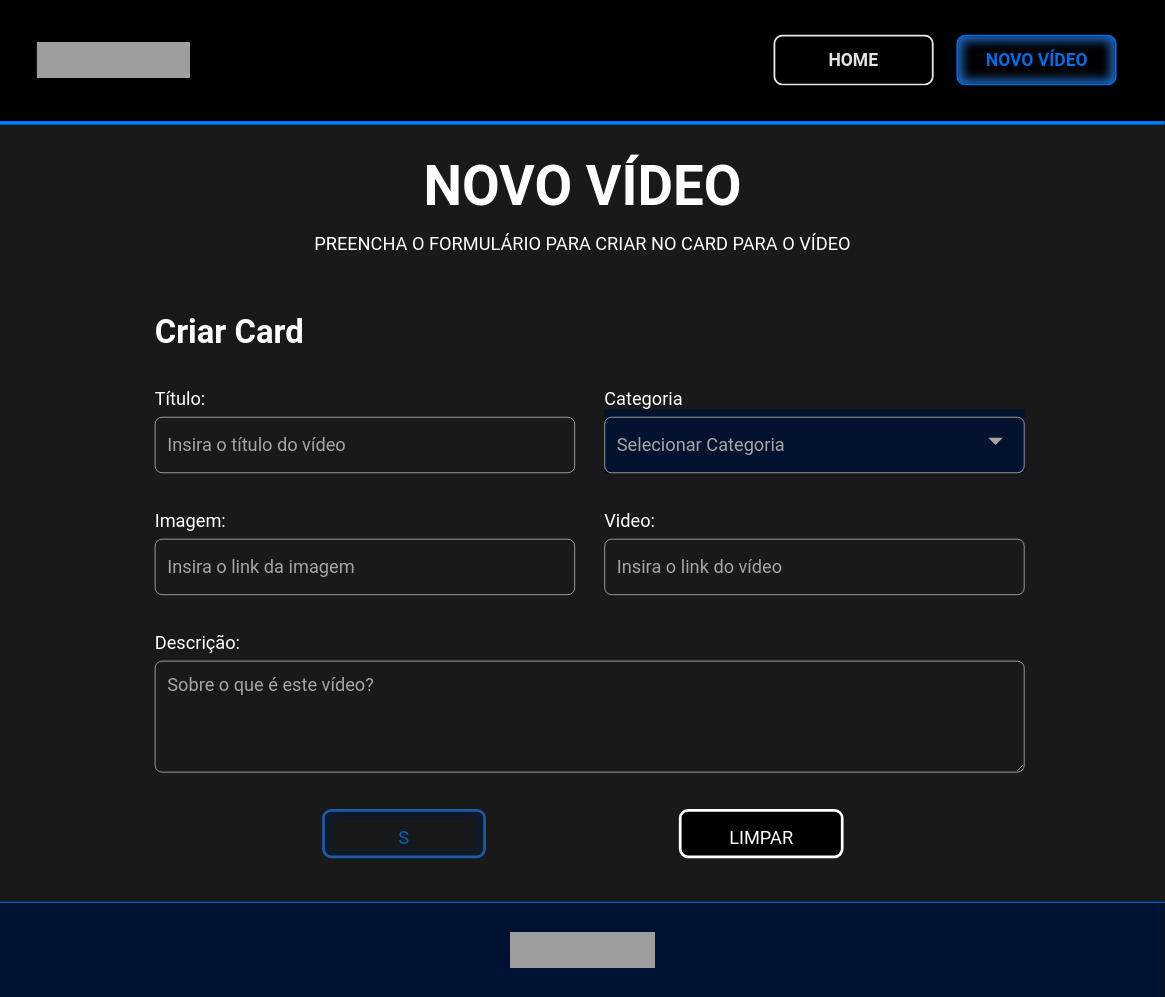
Repository: guilhermecardoso93/aluraflix
Page: /new-video
These files come from the project's save history. The page is drawn as it stood at one moment and after the next save; the edit follows.
The browser window is 1280 px wide. The pictures show the whole page, at 91% of full size.
Pictures or frames that could not be fetched are drawn as grey boxes. The page's requests for data from a server got no answer. The project was rebuilt for these pictures with package versions that can differ from the ones it lists, and the page was loaded fresh each time. No one was signed in, and anything a server would have sent is missing. Also part of the build but not shown: vite.config.js, src/components/Loading/Loading.css, src/components/Loading/index.jsx, src/components/Banner/Banner.module.css, src/components/Banner/index.jsx, src/components/Notification/Notification.css, src/components/Notification/index.jsx, src/components/Card/Card.css and 9 more.

Above is the page before, as saved 2024-07-08 20:44:53.

After the next save:
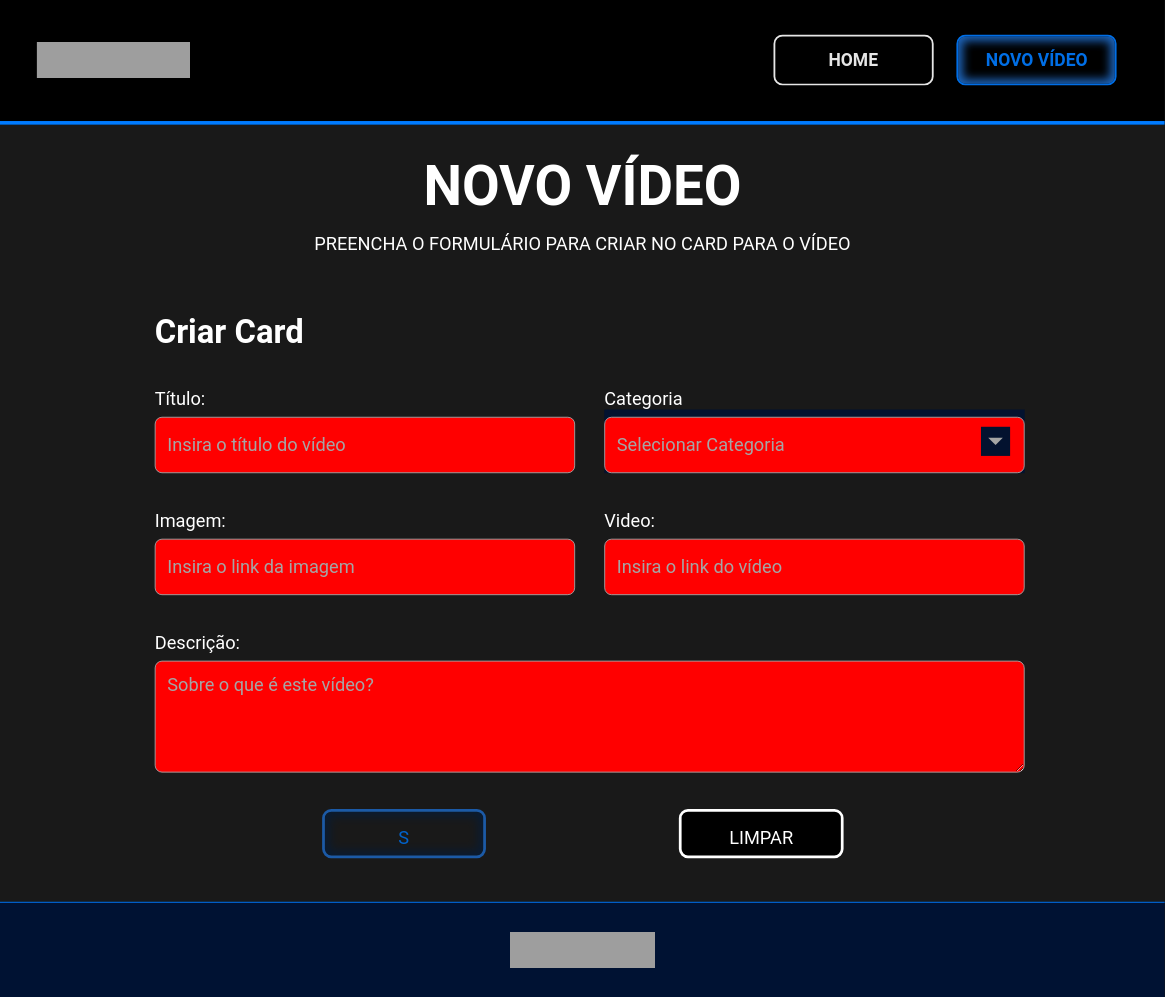
Saved 42 s later.
--- a/src/pages/NewVideo/NewVideo.css
+++ b/src/pages/NewVideo/NewVideo.css
@@ -77,7 +77,7 @@
     font-size: 1.25rem;
     border: 1px solid var(--color-light-gray) !important;
     border-radius: 0.5rem;
-    background-color: transparent;
+    background-color: red;
     margin-bottom: 1rem;
     outline: none;
     transition: border-color 0.3s ease;
